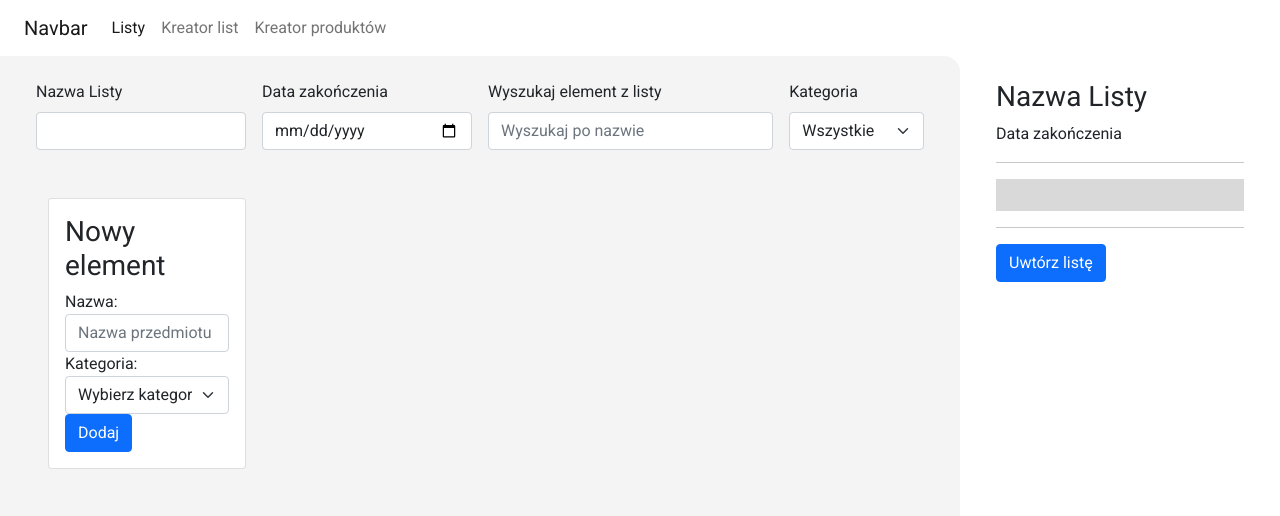
Repository: alphatra/Task-menager
Page: http://localhost/php/src/views/createList.php
These files come from the project's save history. The page is drawn as it stood at one moment and after the next save; the edit follows.
The browser window is 1280 px wide. The pictures show the whole page.
The page is run by PHP 8.4 with error messages shown; the project is at /var/www/html/. Queries for data that is not in the repository find no rows.

Above is the page before, as saved 2023-02-11 17:05:10.

After the next save:
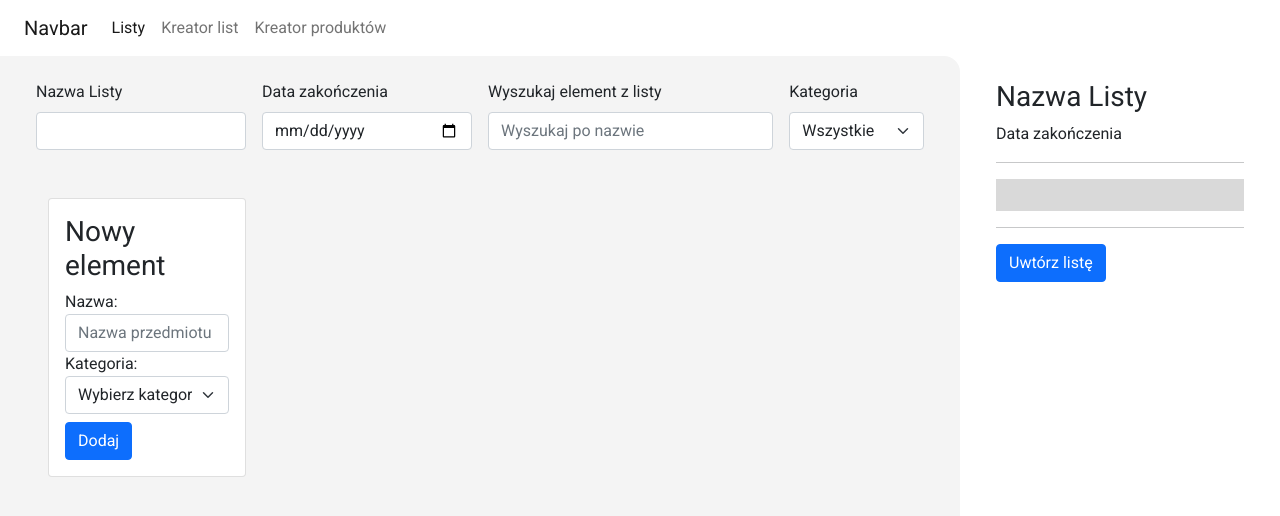
Saved 16 s later.
--- a/php/src/views/createList.php
+++ b/php/src/views/createList.php
@@ -47,7 +47,7 @@
                                     <option selected>Wybierz kategorię</option>
 
                                     </select>
-                                <input class="btn btn-primary" id="add_tolist" type="button" value="Dodaj">
+                                <input class="btn btn-primary mt-2" id="add_tolist" type="button" value="Dodaj">
                             </div>
                         </div>
                     </div>`);
